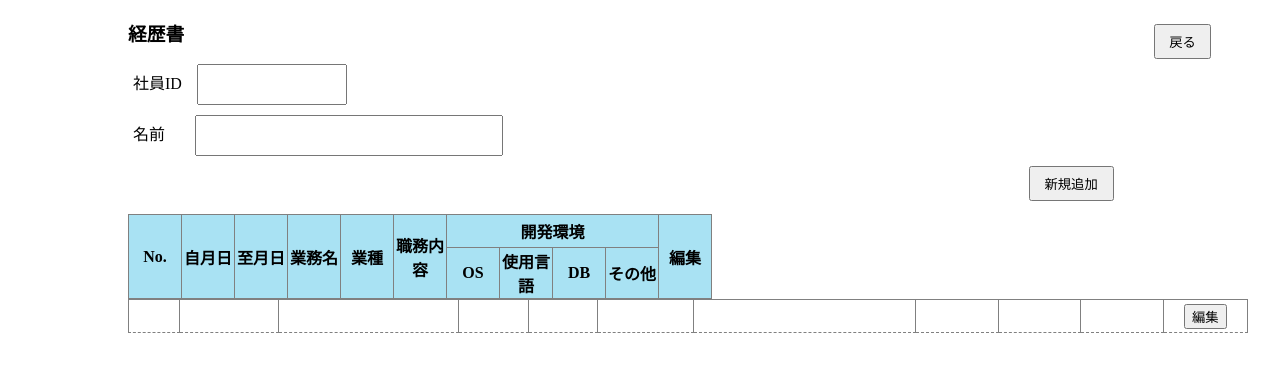
Repository: nguyenvantandev/WebApp
Page: http://localhost/EmployeeInfoSystem/Resume.jsp
These files come from the project's save history. The page is drawn as it stood at one moment and after the next save; the edit follows.
The browser window is 1280 px wide. The pictures show the whole page.
Some web libraries are served in a nearby version. The page is served by Tomcat 9.

Above is the page before, as saved 2016-06-14 02:35:58.

After the next save:
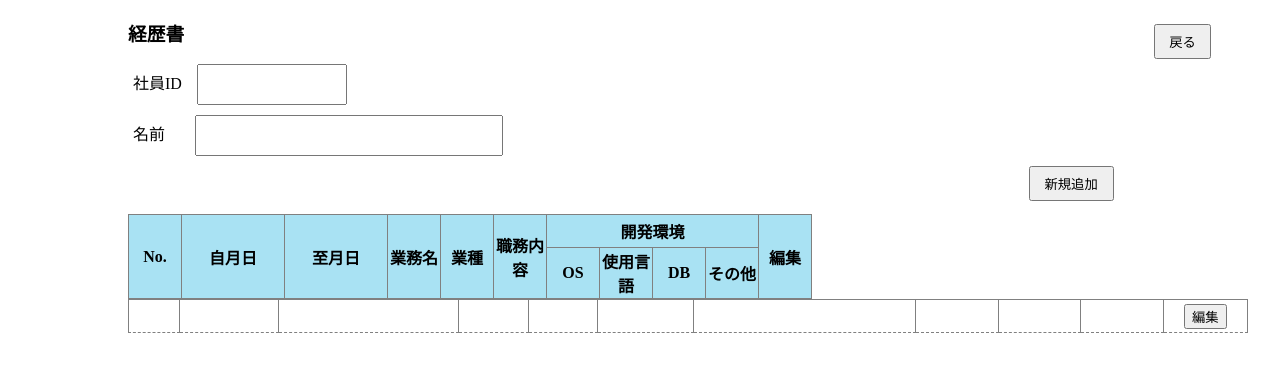
Saved 44 s later.
--- a/EmployeeInfoSystem/WebContent/Resume.jsp
+++ b/EmployeeInfoSystem/WebContent/Resume.jsp
@@ -23,8 +23,8 @@
 				<thead>
 					<tr>
 						<th rowspan="2" style="width: 50px" align="center">No.</th>
-						<th rowspan="2" style="width: 50px" align="center">自月日</th>
-						<th rowspan="2" style="width: 50px" align="center">至月日</th>
+						<th rowspan="2" style="width: 100px" align="center">自月日</th>
+						<th rowspan="2" style="width: 100px" align="center">至月日</th>
 						<th rowspan="2" style="width: 50px" align="center">業務名</th>
 						<th rowspan="2" style="width: 50px" align="center">業種</th>
 						<th rowspan="2" style="width: 50px" align="center">職務内容</th>
